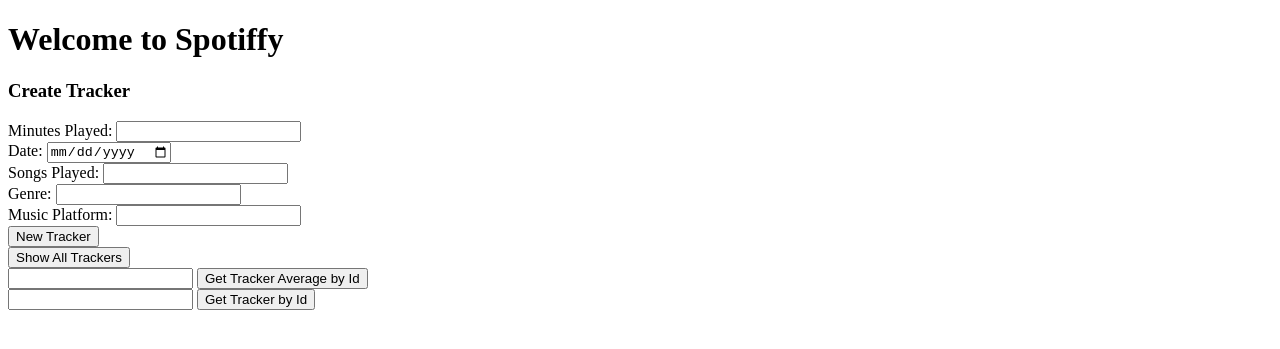
Repository: wcylou/EventTrackerProject
Page: SpotifyREST/src/main/webapp/index.html
The author's editor kept a copy of each file at every save. The page is drawn from the files as they stood at one save, then again after a run of saves.
The browser window is 1280 px wide. The pictures show the whole page.

Above is the page before, as saved 2018-07-20 00:30:13.

After the next 2 saves:
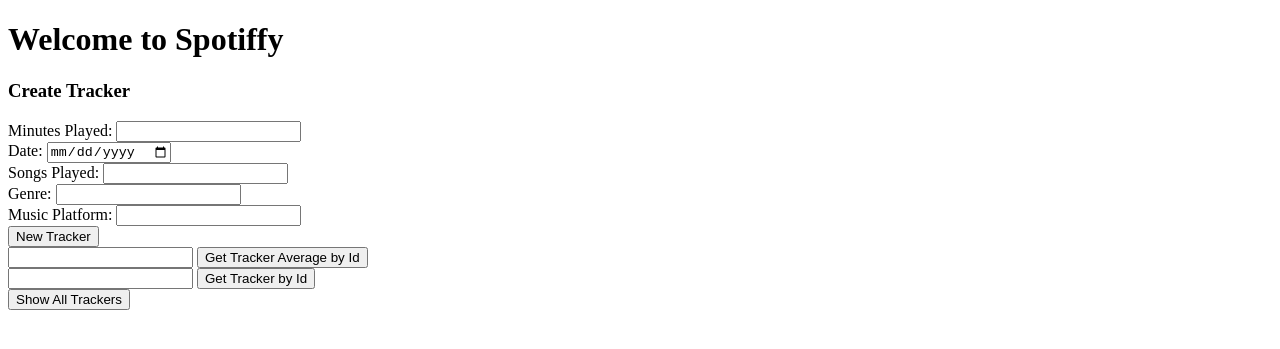
The 2 saves are shown as one change because they came seconds apart.
The last was saved 15 s later.
--- a/SpotifyREST/src/main/webapp/index.html
+++ b/SpotifyREST/src/main/webapp/index.html
@@ -17,9 +17,6 @@
     <button name="create">New Tracker</button>
   </form>
 
-  <button id ="showAllTrackers">Show All Trackers</button>
-
-
   <form name="inputFormAverage">
     <input type="number" name="displayAverageTracker">
     <button name="lookup">Get Tracker Average by Id</button>
@@ -29,6 +26,9 @@
     <input type="number" name="trackerId">
     <button name="lookup">Get Tracker by Id</button>
   </form>
+
+    <button id ="showAllTrackers">Show All Trackers</button>
+
 
   <div id="output">
     <div id="trackerData"></div>
